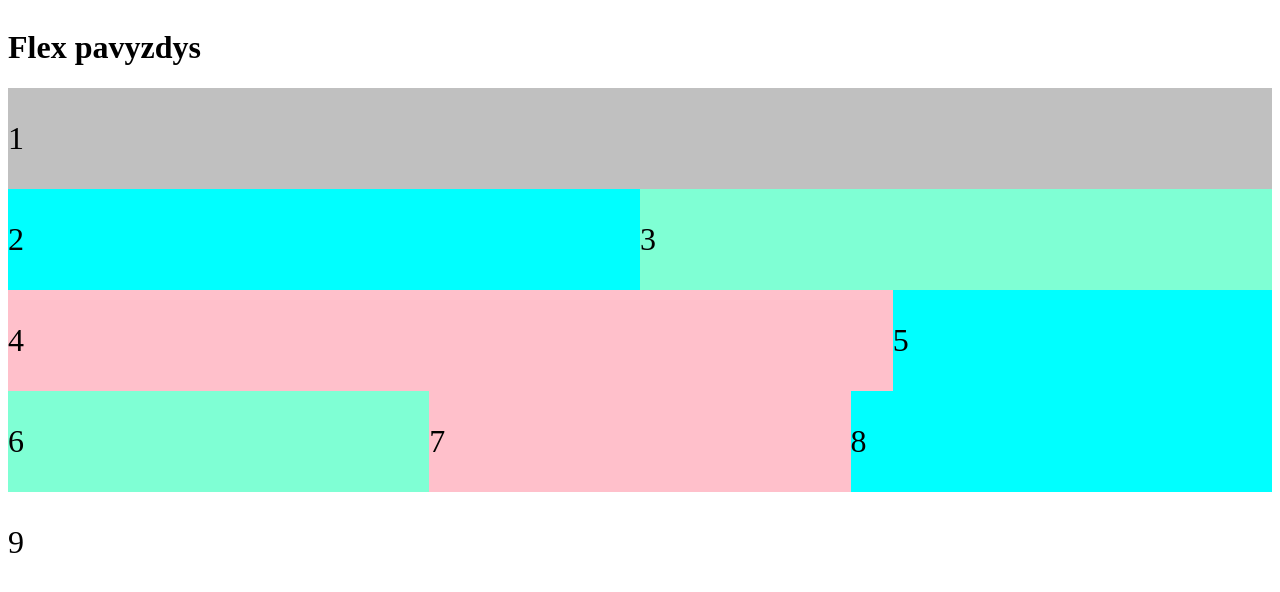
Repository: motiejus1/06-paskaita-invest
Page: index.html
An editor plug-in stored every save of this project. The page is shown before and after the next save, followed by the edit.
The browser window is 1280 px wide. The pictures show the whole page.

Above is the page before, as saved 2021-06-09 19:08:16.

### index.html
<!DOCTYPE html>
<html lang="en">
<head>
    <meta charset="UTF-8">
    <meta http-equiv="X-UA-Compatible" content="IE=edge">
    <meta name="viewport" content="width=device-width, initial-scale=1.0">
    <title>Sesta paskaita</title>
    <style>

* {
            box-sizing: border-box;
        }

        .col-1 {
            width: 8.33%;
        }

        .col-2 {
            width: 16.66%;
        }

        .col-3 {
            width: 25%;
        }

        .col-4 {
            width: 33.33%;
        }

        .col-5 {
            width: 41.66%;
        }

        .col-6 {
            width: 50%;
        }

        .col-7 {
            width: 58.33%;
        }

        .col-8 {
            width: 66.66%;
        }

        .col-9 {
            width:75%;
        }

        .col-10 {
            width: 83.33%;
        }

        .col-11 {
            width: 91.66%;
        }

        .col-12 {
            width: 100%;
        }

        [class*="col-"] {
            float:left;
        }


        .flex-container {
            display: flex;
            flex-direction:row;
            flex-wrap:wrap;
        }

        .flex-item-1 {
            width: 100%;
            background-color: silver;
        }

        .flex-item-2, .flex-item-3 {
            width: 50%;
        }

        .flex-item-4 {
            width: 70%;
        }

        .flex-item-5 {
            width: 30%;
        }

        .flex-item-6, .flex-item-7, .flex-item-8 {
            width: 33.33%;
        }


        .zydra {
            background-color:aqua;
        }

        .zalsva {
            background-color: aquamarine;
        }

        .rozine {
            background-color: pink;
        }

        p {
            font-size: 32px;
        }

        @media screen and (max-width: 720px) {
            .flex-container {
                flex-direction:column;
                flex-wrap: wrap;
            }

            [class*="flex-item-"] {
                width: 100%;
            }
        }

    </style>
</head>
<body>
    <div class="container">

        <div class="row"> <!--12 stulpeliu  -->
            <div class="col-12"><!-- 12 stulpeliu -->

                <h1>Flex pavyzdys</h1>

                <!--flex -->
                <div class="flex-container">
                    <div class="flex-item-1"><p>1</p></div>
                    <div class="flex-item-2 zydra"><p>2</p></div>
                    <div class="flex-item-3 zalsva"><p>3</p></div>
                    <div class="flex-item-4 rozine"><p>4</p></div>
                    <div class="flex-item-5 zydra"><p>5</p></div>
                    <div class="flex-item-6 zalsva"><p>6</p></div>
                    <div class="flex-item-7 rozine"><p>7</p></div>
                    <div class="flex-item-8 zydra"><p>8</p></div>
                    <div class="flex-item-9"><p>9</p></div>
                    <!--flex -->
                </div>
            </div>
        </div>




    </div>
</body>
</html>

After the next save:
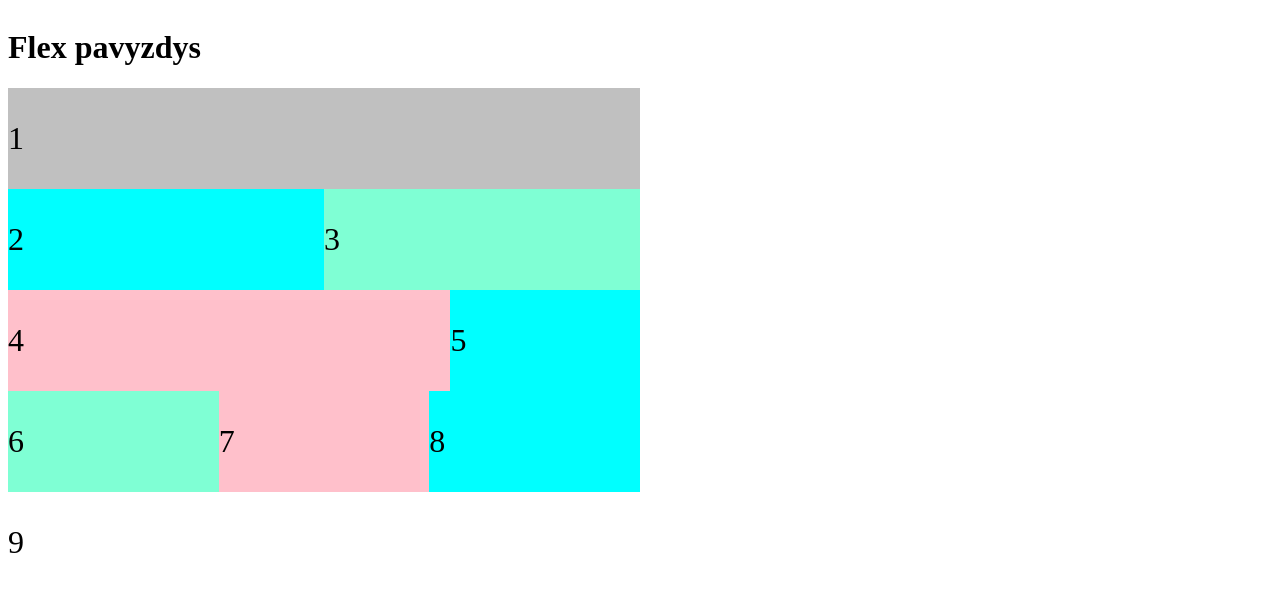
Saved 35 s later.
--- a/index.html
+++ b/index.html
@@ -125,7 +125,7 @@
     <div class="container">
 
         <div class="row"> <!--12 stulpeliu  -->
-            <div class="col-12"><!-- 12 stulpeliu -->
+            <div class="col-6"><!-- 12 stulpeliu -->
 
                 <h1>Flex pavyzdys</h1>
 
